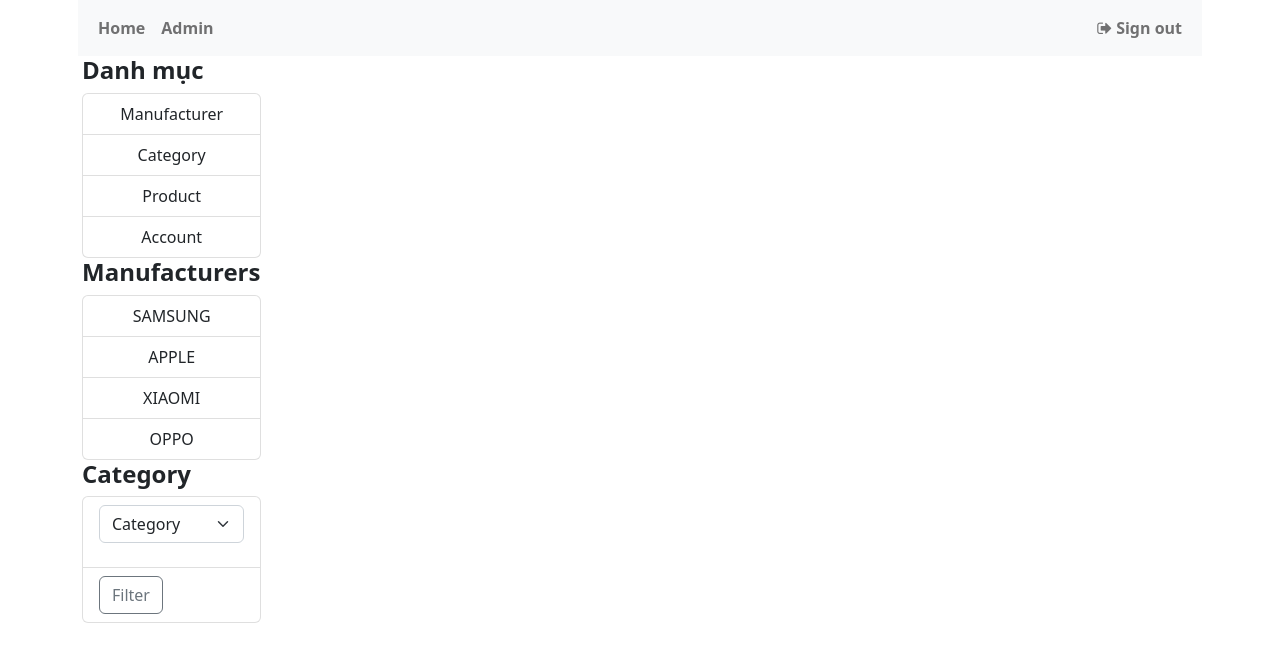
Repository: nguyenhien9/VTI_demo-ecommerce
Page: ADMIN/adminPage.html
The author's editor kept a copy of each file at every save. The page is drawn from the files as they stood at one save, then again after the next save.
The browser window is 1280 px wide. The pictures show the whole page.

Above is the page before, as saved 2023-03-29 20:50:07.

### ADMIN/adminPage.html
<!DOCTYPE html>
<html lang="en">
  <head>
    <title>AdminPage</title>
    <!-- Required meta tags -->
    <meta charset="utf-8" />
    <meta
      name="viewport"
      content="width=device-width, initial-scale=1, shrink-to-fit=no"
    />

    <!-- Bootstrap CSS v5.2.1 -->
    <link
      href="https://cdn.jsdelivr.net/npm/bootstrap@5.2.1/dist/css/bootstrap.min.css"
      rel="stylesheet"
      integrity="sha384-iYQeCzEYFbKjA/T2uDLTpkwGzCiq6soy8tYaI1GyVh/UjpbCx/TYkiZhlZB6+fzT"
      crossorigin="anonymous"
    />
    <link
      rel="stylesheet"
      href="https://maxcdn.bootstrapcdn.com/font-awesome/4.7.0/css/font-awesome.min.css"
    />
    <script src="https://code.jquery.com/jquery-3.6.4.min.js"></script>
    <link rel="stylesheet" href="./asset/css/Adminpage.css" />
  </head>

  <body>
    <div class="container">
      <div class="adminMenu">
        <!-- place navbar here -->
      </div>
      <!-- Main -->
      <div class="detailSection">
        <div class="row justify-content-center g-2">
          <div class="col-sm-2">
            <div class="adminSideBar"></div>
          </div>
          <div class="col-sm-10 ps-4">
            <div class="contentProduct"></div>
          </div>
        </div>
      </div>
      <footer>
        <!-- place footer here -->
      </footer>
      <!-- Bootstrap JavaScript Libraries -->
    </div>
    <script src="./AdminPage.js"></script>
    <script
      src="https://cdn.jsdelivr.net/npm/@popperjs/core@2.11.6/dist/umd/popper.min.js"
      integrity="sha384-oBqDVmMz9ATKxIep9tiCxS/Z9fNfEXiDAYTujMAeBAsjFuCZSmKbSSUnQlmh/jp3"
      crossorigin="anonymous"
    ></script>

    <script
      src="https://cdn.jsdelivr.net/npm/bootstrap@5.2.1/dist/js/bootstrap.min.js"
      integrity="sha384-7VPbUDkoPSGFnVtYi0QogXtr74QeVeeIs99Qfg5YCF+TidwNdjvaKZX19NZ/e6oz"
      crossorigin="anonymous"
    ></script>
  </body>
</html>

### ADMIN/AdminPage.js
$(function () {
  loadComponent();
});
function loadComponent() {
  $(".adminMenu").load("./adminMenu.html");
  $(".adminSideBar").load("./adminSideBar.html");
  // $(".contentProduct").load("./contentProduct.html");
}

function showManufacturer(params) {
  $(".contentProduct").load(
    "./Manufacturer.html",
    "data",
    function (response, status, request) {
      this; // dom element
    }
  );
}
function showProduct(params) {
  $(".contentProduct").load(
    "./contentProduct.html",
    "data",
    function (response, status, request) {
      this; // dom element
    }
  );
}
function showCategory() {
  $(".contentProduct").load(
    "./Category.html",
    "data",
    function (response, status, request) {
      this; // dom element
    }
  );
}
function showAccount() {
  $(".contentProduct").load(
    "./Account.html",
    "data",
    function (response, status, request) {
      this; // dom element
    }
  );
}

let productList = [];
function addNewProduct() {
  let getId = document.querySelector("#id").value;
  let getName = document.querySelector("#name").value;
  let getPrice = document.querySelector("#price").value;
  let getInfo = document.querySelector("#info").value;
  let getDetail = document.querySelector("#detail").value;
  let getStar = document.querySelector("#star").value;
  // let getImage = getImgName(document.querySelector("#image").value);
  let getManufacturer = document.querySelector("#manufacturer").value;
  let getCategory = document.querySelector("#category").value;
  let newProduct = {
    id: getId,
    name: getName,
    price: getPrice,
    info: getInfo,
    detail: getDetail,
    star: getStar,
    manufacturer: getManufacturer,
    category: getCategory,
  };
  // Push vao mang productList
  productList.push(newProduct);
  console.log("listProduct", productList);
  localStorage.setItem("Product", JSON.stringify(productList));
  alert("Success!");
  resetForm();
  renderProduct();
}
function resetForm() {
  document.querySelector("#id").value = "";
  document.querySelector("#name").value = "";
  document.querySelector("#info").value = "";
  document.querySelector("#detail").value = "";
  document.querySelector("#star").value = "";
  document.querySelector("#image").value = "";
  document.querySelector("#manufacturer").value = "";
  document.querySelector("#category").value = "";
}
function renderProduct() {
  //Check localStorage
  if (localStorage && localStorage.getItem("productList")) {
    let products = JSON.parse(localStorage.getItem("productList"));
    productList = products;
  }
  document.querySelector("#tableBody").innerHTML = "";
  productList.forEach((product, index) => {
    index++;
    document.querySelector("#tableBody").innerHTML += `
    <tr>
    <td scope="row">${product.id}</td>
    <td>${product.name}</td>
    <td>${product.price}<sup>đ</sup></td>
    <td>${product.info}</td>
    <td>${product.detail}</td>
    <td>${product.star}</td>
    <td>${product.imageName}</td>
    <td>${product.manufacturer}</td>
    <td>${product.category}</td>
    <td>
      <button type="button" class="btn btn-warning text-light">
        Edit
      </button>
    </td>
    <td>
      <button type="button" class="btn btn-danger text-white">
        Delete
      </button>
    </td>
  </tr>
    `;
  });
}

### ADMIN/adminMenu.html
<!DOCTYPE html>
<html lang="en">
  <head>
    <meta charset="UTF-8" />
    <meta http-equiv="X-UA-Compatible" content="IE=edge" />
    <meta name="viewport" content="width=device-width, initial-scale=1.0" />
    <title>Admin_Menu</title>
  </head>
  <body>
    <div class="row justify-content-center align-items-center g-2">
      <nav class="navbar navbar-expand-sm navbar-light bg-light">
        <div class="container">
          <button
            class="navbar-toggler d-lg-none"
            type="button"
            data-bs-toggle="collapse"
            data-bs-target="#collapsibleNavId"
            aria-controls="collapsibleNavId"
            aria-expanded="false"
            aria-label="Toggle navigation"
          >
            <span class="navbar-toggler-icon"></span>
          </button>
          <div class="collapse navbar-collapse" id="collapsibleNavId">
            <ul class="navbar-nav me-auto mt-2 mt-lg-0">
              <li class="nav-item">
                <a
                  class="nav-link fw-bold"
                  href="../HOME/HomePage.html"
                  aria-current="page"
                  >Home <span class="visually-hidden">(current)</span></a
                >
              </li>
              <li class="nav-item">
                <a class="nav-link fw-bold" href="#">Admin</a>
              </li>
            </ul>

            <ul class="navbar-nav d-flex my-2 my-lg-0 list-unstyled">
              <li>
                <a href="#!" class="nav-link text-decoration-none fw-bold"
                  ><i class="fa fa-sign-out pe-1" aria-hidden="true"></i>Sign
                  out</a
                >
              </li>
            </ul>
          </div>
        </div>
      </nav>
    </div>
  </body>
</html>

### ADMIN/adminSideBar.html
<!DOCTYPE html>
<html lang="en">
  <head>
    <meta charset="UTF-8" />
    <meta http-equiv="X-UA-Compatible" content="IE=edge" />
    <meta name="viewport" content="width=device-width, initial-scale=1.0" />
    <title>Document</title>
  </head>
  <body>
    <div class="col-md-12">
      <h4 class="fw-bold">Danh mục</h4>
      <div class="list-group text-center">
        <button
          type="button"
          class="list-group-item list-group-item-action"
          onclick="showManufacturer()"
        >
          Manufacturer
        </button>
        <button
          type="button"
          class="list-group-item list-group-item-action"
          onclick="showCategory()"
        >
          Category
        </button>
        <button
          type="button"
          class="list-group-item list-group-item-action product-btn"
          onclick="showProduct()"
        >
          Product
        </button>
        <button
          type="button"
          class="list-group-item list-group-item-action"
          onclick="showAccount()"
        >
          Account
        </button>
      </div>

      <h4 class="fw-bold">Manufacturers</h4>
      <div class="list-group text-center">
        <button
          type="button"
          class="list-group-item list-group-item-action"
          aria-current="true"
        >
          SAMSUNG
        </button>
        <button type="button" class="list-group-item list-group-item-action">
          APPLE
        </button>
        <button type="button" class="list-group-item list-group-item-action">
          XIAOMI
        </button>
        <button type="button" class="list-group-item list-group-item-action">
          OPPO
        </button>
      </div>
      <h4 class="fw-bold">Category</h4>
      <ul class="list-group">
        <li class="list-group-item" aria-current="true">
          <div class="mb-3">
            <select class="form-select form-select-md" name="" id="">
              <option selected>Category</option>
              <option value="1">Mobile Phone</option>
              <option value="2">Tablet</option>
              <option value="3">Laptop</option>
            </select>
          </div>
        </li>
        <li class="list-group-item" aria-current="true">
          <button type="button" class="btn btn-outline-secondary">
            Filter
          </button>
        </li>
      </ul>
    </div>
  </body>
</html>

Loaded but not shown: ADMIN/asset/css/Adminpage.css (common file)

After the next save:
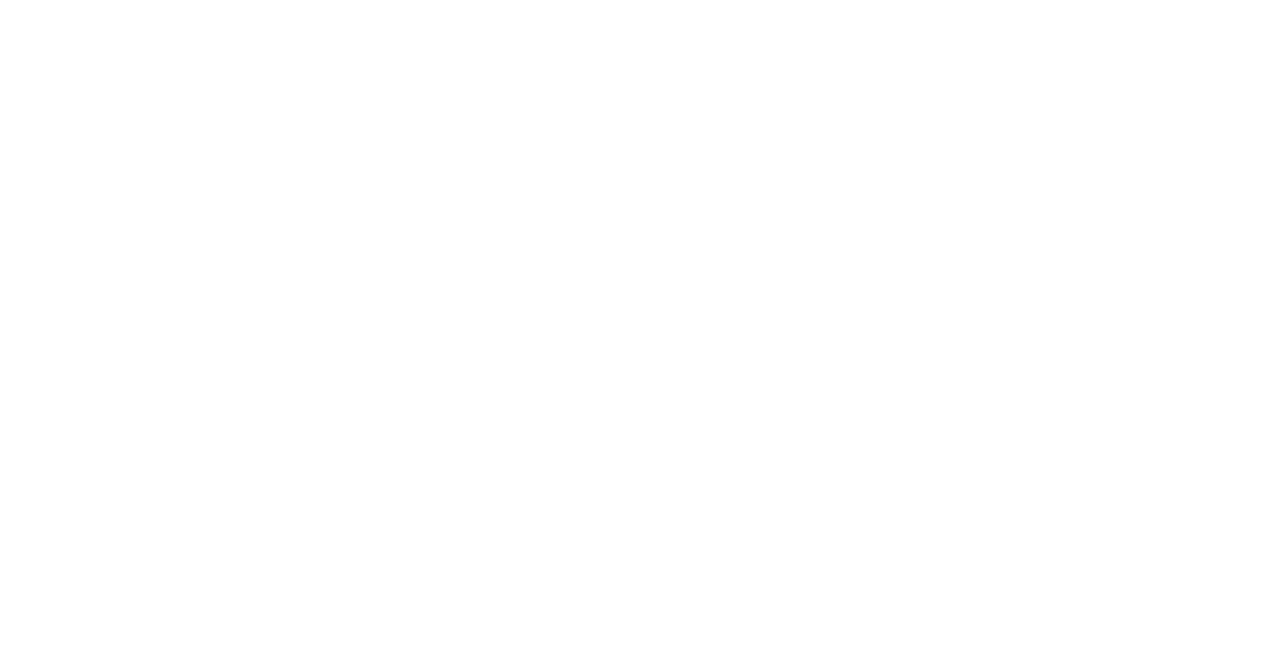
Console error: SyntaxError: Unexpected token ')'
Saved 8 s later.
--- a/ADMIN/AdminPage.js
+++ b/ADMIN/AdminPage.js
@@ -17,12 +17,12 @@
   );
 }
 function showProduct(params) {
-  $(".contentProduct").load(
-    "./contentProduct.html",
-    "data",
-    function (response, status, request) {
-      this; // dom element
-    }
+  // $(".contentProduct").load(
+  //   "./contentProduct.html",
+  //   "data",
+  //   function (response, status, request) {
+  //     this; // dom element
+  //   }
   );
 }
 function showCategory() {

After the 2 saves that followed:
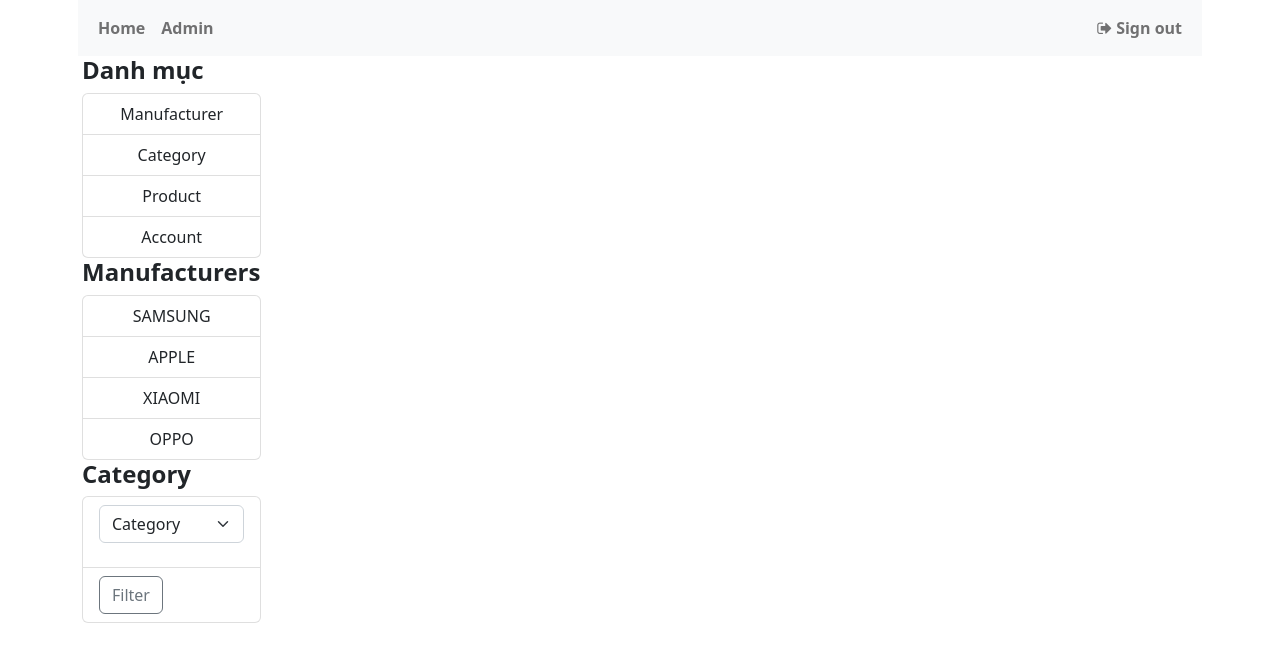
The error is gone.
The 2 saves are shown as one change because they came seconds apart.
The last was saved 6 s later.
--- a/ADMIN/AdminPage.js
+++ b/ADMIN/AdminPage.js
@@ -17,12 +17,12 @@
   );
 }
 function showProduct(params) {
-  // $(".contentProduct").load(
-  //   "./contentProduct.html",
-  //   "data",
-  //   function (response, status, request) {
-  //     this; // dom element
-  //   }
+  $(".contentProduct").load(
+    "./contentProduct.html",
+    "data",
+    function (response, status, request) {
+      this; // dom element
+    }
   );
 }
 function showCategory() {
